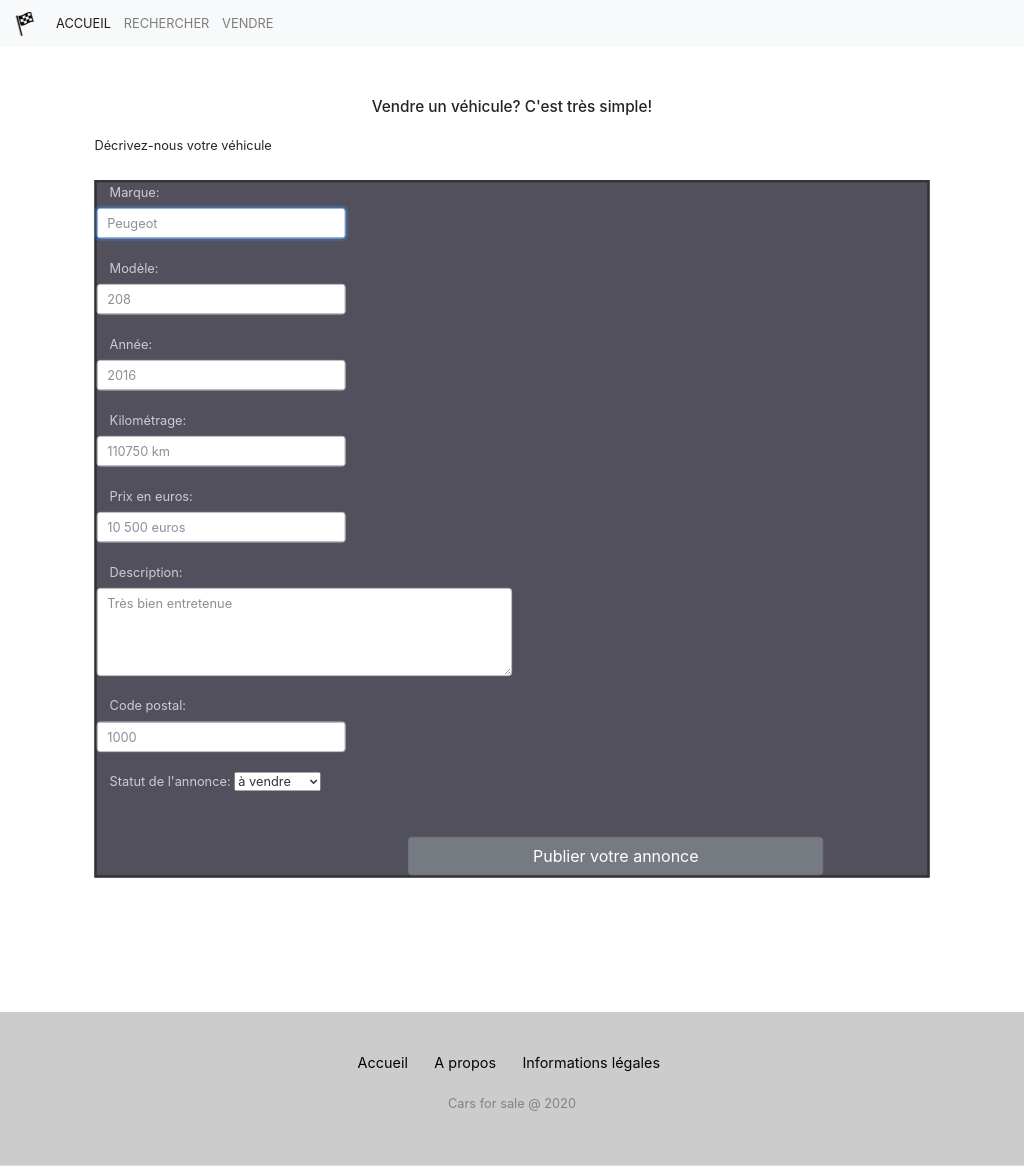
Repository: JonasvanHoorebeke/node_project_carforsale_final
Page: http://localhost/annonce/add
An editor plug-in stored every save of this project. The page is shown before and after the next save, followed by the edit.
The browser window is 1280 px wide. The pictures show the whole page, at 80% of full size.
The page is served by the project's Node server (server.js).

Above is the page before, as saved 2020-08-26 09:52:39.

After the next save:
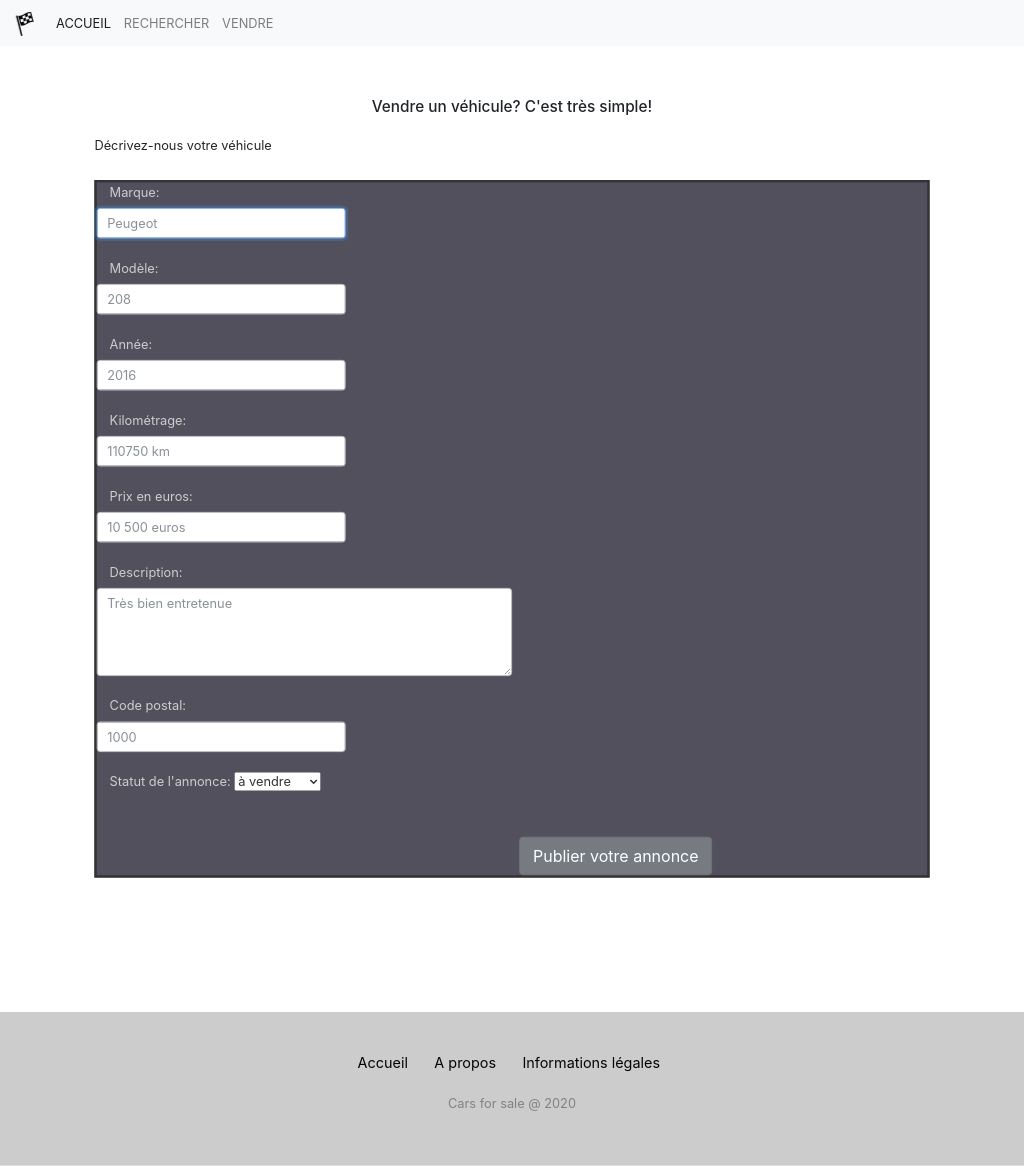
Saved 31 s later.
--- a/views/annonce_add.ejs
+++ b/views/annonce_add.ejs
@@ -58,7 +58,7 @@
     </div>
     </br>
     <div class="login">
-    <button type="submit" class="btn btn-secondary btn-lg active col-md-6 offset-md-3" class="login">Publier votre annonce</button>
+    <button type="submit" class="btn btn-secondary btn-lg active  offset-md-3" class="login">Publier votre annonce</button>
     </div>
 </form>
 
